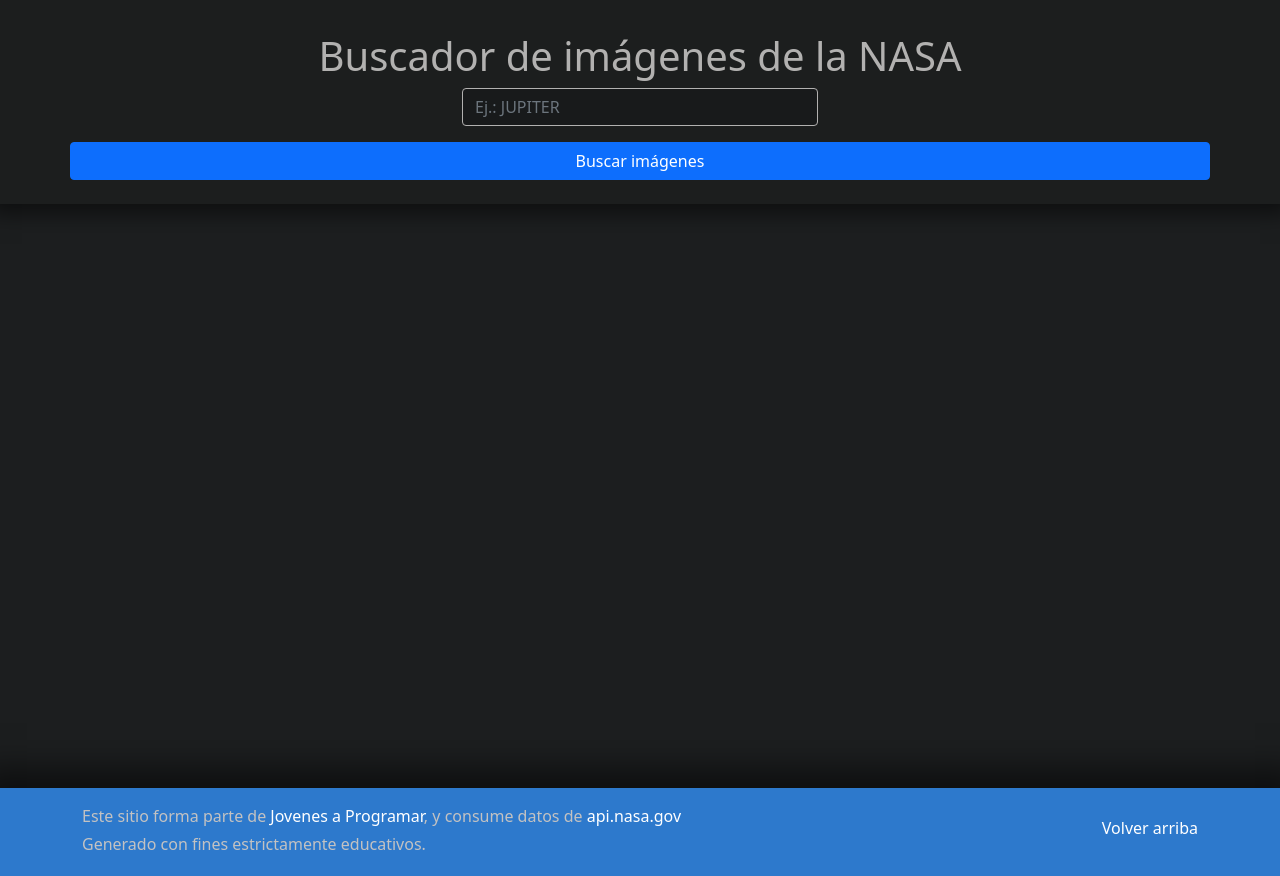
Repository: romancegirl/galaxies
Page: index.html
An editor plug-in stored every save of this project. The page is shown before and after the next save, followed by the edit.
The browser window is 1280 px wide. The pictures show the whole page.

Above is the page before, as saved 2024-11-30 04:07:40.

### index.html
<!doctype html>
<html lang="es">

<head>
  <meta charset="utf-8">
  <meta name="viewport" content="width=device-width, initial-scale=1">
  <title>Buscador de imágenes de la NASA</title>

  <link href="css/bootstrap.min.css" rel="stylesheet">
  <link rel="stylesheet" href="css/style.css">
</head>

<body>

  <header>
    <div class="d-flex justify-content-around align-items-center" id="intro">
      <div class="text-center container">
        <div class="row py-lg-3">
          <div class="col-lg-12 mx-auto">
            <h1 class="fw-light">Buscador de imágenes de la NASA</h1></div>
            <div class="col-lg-4 col-md-4 mx-auto">
            <input type="search" class="form-control" name="buscar" id="inputBuscar" placeholder="Ej.: JUPITER"></div>
            <button class="btn btn-primary my-2" id="btnBuscar">Buscar imágenes</button>
          </div>
        </div>
      </div>
    </div>
  </header>

  <main>
    <div class="container">
      <div id="contenedor">
      </div>
    </div>
  </main>


  <footer class="text-muted py-3">
    <div class="container">
      <p class="float-end mb-1">
        <a href="#">Volver arriba</a>
      </p>
      <p class="mb-1">Este sitio forma parte de <a href="https://jovenesaprogramar.edu.uy/" target="_blank">
          Jovenes a Programar</a>, y consume datos de <a href="https://api.nasa.gov/" target="_blank">
          api.nasa.gov</a></p>
      <p class="mb-1">Generado con fines estrictamente educativos.</p>
    </div>
  </footer>

  <script src="https://cdn.jsdelivr.net/npm/bootstrap@5.3.1/dist/js/bootstrap.bundle.min.js"></script>
  <script src="js/space.js"></script>

</body>

</html>

### css/style.css
body {
    background-color: #1C1E1F;
    color: #B2B1B0;
    display: flex;
    flex-direction: column;
    min-height: 100vh;
}

main {
    min-height: calc(100vh - 160px);
    flex-grow: 1;
}

#intro {
    background-color: #1c1e1f9b;
    padding-top: 1rem;
    position: relative;
    box-shadow: 0 0 20px 10px rgba(0, 0, 0, 0.5);
}

input[type="search"] {
    background-color: #181A1B;
    border: 1px solid #B2B1B0;
    color: #B2B1B0;
}

input[type="search"]:focus {
    box-shadow: 0 0 5px #2D79CC;
    background-color: #181A1B;
    border: 1px solid #2D79CC;
    color: #B2B1B0;
}

.form-control {
    margin-bottom: 0.5rem;
}


#contenedor {
    display: flex;
    flex-wrap: wrap;
    justify-content: center;
    gap: 1rem;
    align-items: center;
}

.card {
    width: 22rem;
    height: 500px;
    display: flex;
    flex-direction: column;
    overflow: hidden;
    margin-top: 2rem;
    background-color: #181A1B;
    color: #c3c2c2;
    box-shadow: 0 0 4px 4px #2d7acc66;
}

.card-img-top {
    width: 100%;
    height: 250px;
    object-fit: cover;
}

.card-body {
    height: 250px;
    overflow-y: auto;
    padding: 1rem;
}

.card-text {
    display: -webkit-box;
    -webkit-line-clamp: 3;
    -webkit-box-orient: vertical;
    overflow: hidden;
    transition: all 0.3s ease-in-out;
}

.card-text.more {
    -webkit-line-clamp: 3;
    overflow: hidden;
}

.card-text.full {
    -webkit-line-clamp: unset;
    overflow: visible;
}

#more {
    cursor: pointer;
    color: #007bff;
    text-decoration: none;
    display: block;
    margin-top: 10px;
}



footer {
    background-color: #2D79CC;
    bottom: 0;
    width: 100%;
    margin-top: 1.5rem;
    box-shadow: 0 0 30px 20px rgba(0, 0, 0, 0.5);
}

footer p {
    color: #c3c2c2
}

footer a {
    color: #ffffff;
    text-decoration: none;
}

footer a:hover {
    color: #9b9a9b;
    transform: scale(1.05);
    transition: color 0.3s, text-shadow 0.3s;
}

footer .float-end {
    transform: translateY(50%);
}




@media (max-width: 1200px) {
    .col-lg-6 {
        width: 50%;
    }
}

@media (max-width: 768px) {
    .col-md-4 {
        width: 100%;
    }
}

### js/space.js
// Función para alternar la visibilidad del texto
function toggleDescription(button) {
    const cardBody = button.closest('.card-body');
    const descriptionText = cardBody.querySelector('.card-text');

    // Alternar clases entre "more" y "full" en el texto de la descripción
    if (descriptionText.classList.contains('more')) {
        descriptionText.classList.remove('more');
        descriptionText.classList.add('full');
        button.textContent = 'Ver menos'; // Cambiar el texto del botón
    } else {
        descriptionText.classList.remove('full');
        descriptionText.classList.add('more');
        button.textContent = 'Ver más'; // Cambiar el texto del botón
    }
}

// Asegúrate de que el evento de clic esté correctamente asignado en el HTML generado
const inputBuscar = document.getElementById('inputBuscar');
const btnBuscar = document.getElementById('btnBuscar');
const contenedor = document.getElementById('contenedor');

const searchNASAImages = async () => {
    const query = inputBuscar.value.trim();

    if (!query) {
        alert('Por favor, ingresa un término de búsqueda.');
        return;
    }

    const nasaAPI = `https://images-api.nasa.gov/search?q=${query}`;

    try {
        const response = await fetch(nasaAPI);
        const data = await response.json();

        const items = data.collection.items;
        if (!items || items.length === 0) {
            contenedor.innerHTML = `
            <h3><strong>No hemos encontrado información relacionada a "${query}".</strong></h3>`;
            return;
        }

        contenedor.innerHTML = '';

        const row = document.createElement('div');
        row.className = 'row';

        items.forEach((item) => {
            const { title, description, date_created } = item.data[0];
            const imageUrl = item.links?.[0]?.href || 'https://via.placeholder.com/150';

            // Crear la tarjeta
            const card = document.createElement('div');
            card.className = 'col-12 col-md-4 mb-6';

            // Contenido de la tarjeta
            card.innerHTML = `
                <div class="card">
                    <img src="${imageUrl}" class="card-img-top" alt="${title}">
                    <div class="card-body">
                        <h5 class="card-title">${title}</h5>
                        <p class="card-text more">${description || 'Descripción no disponible.'}</p>
                        <!-- Aquí controlamos la visibilidad del botón -->
                        ${description && description.length > 200 ? '<p class="card-text" id="more" onclick="toggleDescription(this)">Ver más</p>' : ''}
                        <p class="card-text"><small class="text-muted">Fecha: ${new Date(date_created).toLocaleDateString()}</small></p>
                    </div>
                </div>
            `;

            const descriptionText = card.querySelector('.card-text');
            const moreButton = card.querySelector('#more');
            if (!description || description.length <= 200) {
                if (moreButton) {
                    moreButton.style.display = 'none';
                }
                descriptionText.classList.add('full');
            }

            row.appendChild(card);
        });

        contenedor.appendChild(row);
    } catch (error) {
        console.error('Error al obtener datos:', error);
        contenedor.innerHTML = `<p class="text-center text-danger">Ocurrió un error al obtener los datos.</p>`;
    }
};

btnBuscar.addEventListener('click', searchNASAImages);
inputBuscar.addEventListener('keydown', (event) => {
    if (event.key === 'Enter') {
        event.preventDefault();
        searchNASAImages();
    }
});

Loaded but not shown: css/bootstrap.min.css (library)

After the next save:
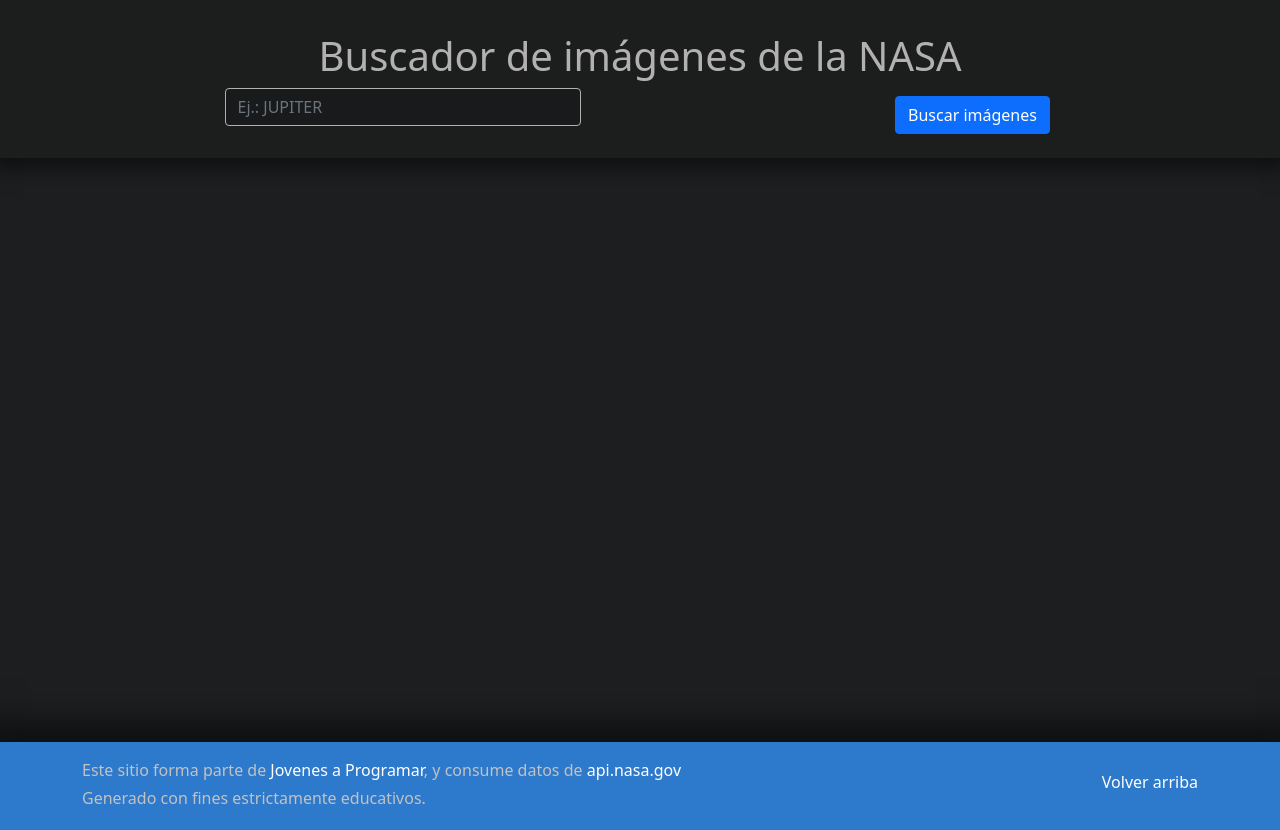
Saved 34 s later.
--- a/index.html
+++ b/index.html
@@ -20,7 +20,8 @@
             <h1 class="fw-light">Buscador de imágenes de la NASA</h1></div>
             <div class="col-lg-4 col-md-4 mx-auto">
             <input type="search" class="form-control" name="buscar" id="inputBuscar" placeholder="Ej.: JUPITER"></div>
-            <button class="btn btn-primary my-2" id="btnBuscar">Buscar imágenes</button>
+            <div class="col-lg-2 col-md-2 mx-auto">
+            <button class="btn btn-primary my-2" id="btnBuscar">Buscar imágenes</button></div>
           </div>
         </div>
       </div>
